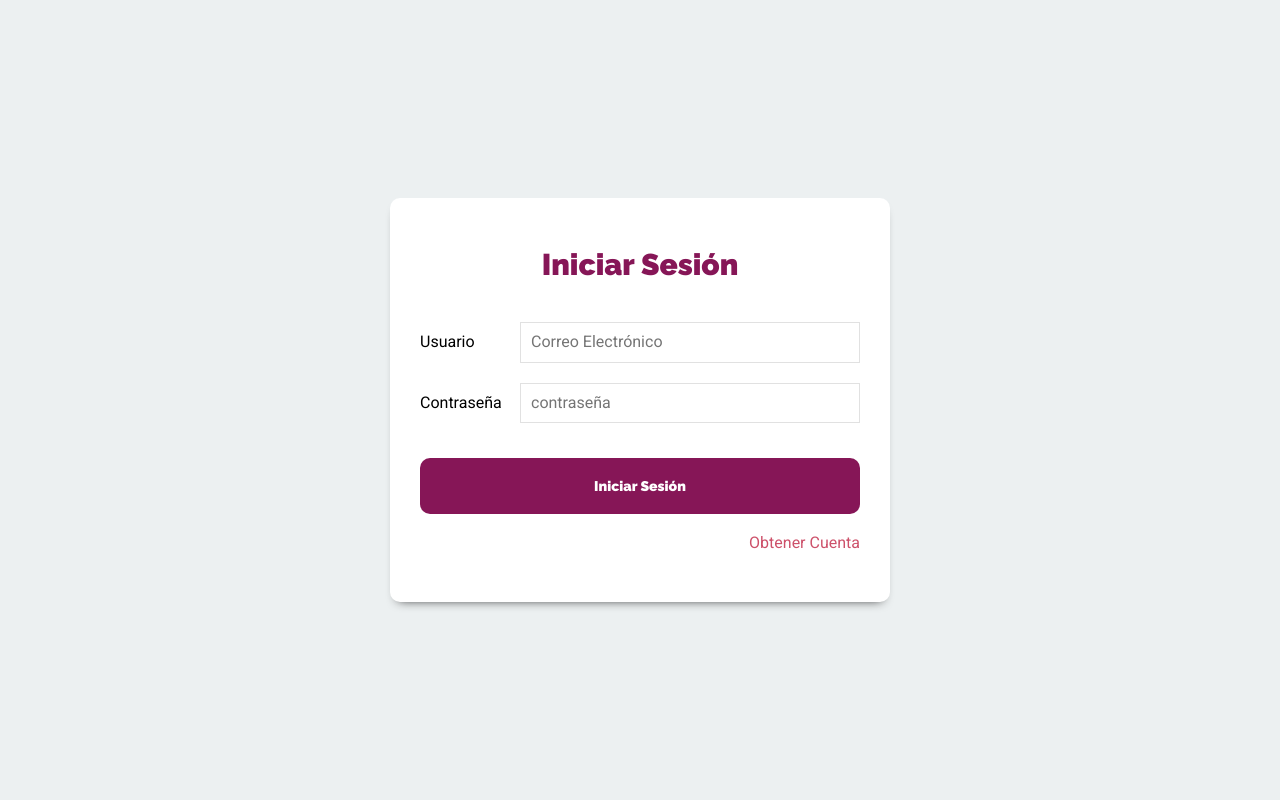
Repository: andrescovarrubias/admin-proyectos
Page: / (app in cliente/)
These files come from the project's save history. The page is drawn as it stood at one moment and after the next save; the edit follows.
The browser window is 1280 px wide. The pictures show the whole page.
The project was rebuilt for these pictures with package versions that can differ from the ones it lists, and the page was loaded fresh each time. Also part of the build but not shown: cliente/src/components/auth/NuevaCuenta.jsx, cliente/src/components/proyectos/NuevoProyecto.jsx, cliente/src/components/layout/SideBar.jsx, cliente/src/components/proyectos/Proyectos.jsx.

Above is the page before, as saved 2020-10-31 17:24:16.

### cliente/src/index.css
:root {
  --blanco: #ffffff;
  --blanco2: #fcf7ff;
  --blanco3: #ecf0f1;
  --azul1: #258ea6;
  --morado1: #4d376d;
  --morado2: #861657;
  --azul2: #1b065e;
  --azul3: #2e4052;
  --rojo: #d60d1e;
  --rojo2: #b8082c;
  --headingFont: "Raleway", sans-serif;
  --textFont: "Roboto", sans-serif;
}
*,
*:before,
*:after {
  box-sizing: inherit;
}
html {
  box-sizing: border-box;
  height: 100%;
  font-size: 62.5%;
}
body {
  min-height: 100%;
  background-color: #ecf0f1;
  font-size: 16px;
  font-size: 1.6rem;
  font-family: var(--textFont);
}

h1,
h2 {
  font-family: var(--headingFont);
  font-weight: 900;
  margin: 0 0 4rem 0;
  text-align: center;
  color: var(--rojo);
}
h1 span {
  font-weight: 400;
}
h1 {
  font-size: 3rem;
}
h2 {
  font-size: 2.4rem;
}
ul {
  list-style: none;
  padding: 0;
  margin: 0;
}
a {
  text-decoration: none;
  color: var(--gris2);
}

/** BOTONES **/
.btn {
  margin-top: 2vh;
  font-family: var(--headingFont);
  padding: 20px;
  font-size: 14px;
  font-weight: bold;
  border-radius: 10px;
  border: none;
  transition: background-color 0.3s ease;
}
.btn:hover {
  cursor: pointer;
}
.btn-primario {
  background-color: var(--morado2);
  color: var(--blanco);
}
.btn-primario:hover {
  background: rgb(185, 26, 47);
}
.btn-secundario {
  background-color: var(--rojo2);
}
.btn-block {
  display: block;
  width: 100%;
}
.btn-submit:hover {
  background-color: rgb(185, 26, 47);
}
.btn-blank {
  margin: 0;
  padding: 0;
  display: block;
  background-color: transparent;
}

@media (min-width: 768px) {
  .contenedor-app {
    display: flex;
    min-height: 100vh;
  }

  aside {
    background-color: var(--blanco);
    flex: 0 0 300px;
  }
  .seccion-principal {
    flex: 1;
  }
}

/* BARRA LATERAL */
aside {
  padding: 3rem;
}

.formulario-nuevo-proyecto {
  margin-top: 6rem;
}
.formulario-nuevo-proyecto .input-text {
  border-bottom: 1px solid var(--gris2);
  border-radius: 0;
  background-color: var(--gris1);
}
.formulario-nuevo-proyecto .input-text::placeholder {
  color: var(--gris2);
}
.proyectos {
  margin-top: 5vh;
}
.listado-proyectos li {
  margin-bottom: 2rem;
}
.listado-proyectos li a {
  font-size: 1.4rem;
  color: var(--gris2);
  line-height: 1.5;
  font-weight: 300;
}
.app-header {
  display: flex;
  justify-content: space-between;
  background-color: var(--gris2);
  padding: 4rem;
}
.nombre-usuario {
  color: var(--blanco);
  font-size: 2.2rem;
  margin: 0;
}
.nombre-usuario span {
  font-weight: 900;
}
.nav-principal a {
  color: var(--blanco);
  text-decoration: none;
}
.nav-principal a:first-of-type {
  margin-right: 2rem;
}

/** Formulario crear y editar tareas **/
.formulario {
  background-color: var(--gris3);
  padding: 4rem;
}
.formulario form {
  max-width: 600px;
  margin: 0 auto;
}
.contenedor-input {
  display: flex;
}
.contenedor-input label {
  margin-bottom: 1rem;
  color: var(--blanco);
}
.input-text {
  padding: 1rem;
  border: none;
  border-radius: 0.5rem;
  flex: 1;
  width: 100%;
}

/** TAREAS LISTADO **/
.contenedor-tareas {
  padding: 4rem;
}

.listado-tareas {
  max-width: 600px;
  margin: 0 auto;
}

.tarea {
  display: flex;
  justify-content: space-between;
  background-color: var(--blanco);
  padding: 0.5rem 2rem;
  align-items: center;
  margin-bottom: 1rem;
  border-radius: 0.5rem;
}
.sombra {
  -webkit-box-shadow: 0px 4px 10px -3px rgba(117, 117, 117, 1);
  -moz-box-shadow: 0px 4px 10px -3px rgba(117, 117, 117, 1);
  box-shadow: 0px 4px 10px -3px rgba(117, 117, 117, 1);
}
.sombra-dark {
  -webkit-box-shadow: 0px 6px 11px -8px rgba(0, 0, 0, 0.9);
  -moz-box-shadow: 0px 6px 11px -8px rgba(0, 0, 0, 0.9);
  box-shadow: 0px 6px 11px -8px rgba(0, 0, 0, 0.9);
}
.tarea .acciones .btn:first-of-type {
  margin-right: 1rem;
}
.tarea p {
  font-size: 1.6rem;
  flex: 1;
  padding-right: 2rem;
}
.tarea .btn {
  padding: 0.8rem;
  font-size: 1.4rem;
  border-radius: 0;
  margin: 0;
}

.estado {
  margin-right: 1rem;
}
.estado button,
.mensaje {
  font-weight: 900;
  font-family: var(--textFont);
  font-size: 1rem;
  padding: 0.5rem;
  border-radius: 0.5rem;
  cursor: pointer;
  border: none;
}
.mensaje {
  text-align: center;
  font-size: 1.6rem;
  border-radius: 0;
}
.mensaje:hover {
  cursor: default;
}
.completo,
.correcto {
  background-color: rgba(154, 252, 154, 0.3);
  color: var(--gris3);
}
.incompleto {
  background-color: rgba(255, 178, 178, 0.4);
  color: var(--gris3);
}
.error {
  max-width: 600px;
  margin: 2rem auto 0 auto;
  background-color: rgb(170, 0, 0);
  color: var(--blanco);
}

.tarea-enter,
.proyecto-enter {
  opacity: 0;
}
.tarea-enter-active,
.proyecto-enter-active {
  opacity: 1;
  transition: opacity 200ms;
}
.tarea-exit,
.proyecto-exit {
  opacity: 1;
}
.tarea-exit-active,
.proyecto-exit-active {
  opacity: 0;
  transition: opacity 200ms;
}

.form-usuario {
  height: 100vh;
  min-height: 800px;
  display: flex;
  align-items: center;
  justify-content: center;
}

.contenedor-form {
  padding: 5rem 3rem;
  max-width: 500px;
  width: 95%;
  background-color: var(--blanco);
  border-radius: 1rem;
}
.contenedor-form h1 {
  color: var(--morado2);
}

.campo-form {
  display: flex;
  margin-bottom: 2rem;
  align-items: center;
}
.campo-form:last-of-type {
  margin: 0;
}
.campo-form label {
  flex: 0 0 100px;
  font-family: var(--textFont);
}
.campo-form input[type="password"],
.campo-form input[type="email"],
.campo-form input[type="text"] {
  border: 1px solid #e1e1e1;
  padding: 1rem;
  flex: 1;
}

.enlace-cuenta {
  margin-top: 2rem;
  display: block;
  opacity: 0.7;
  float: right;
  color: var(--rojo2);
}
.enlace-cuenta:hover {
  text-decoration: underline var(--rojo);
}

.alerta {
  position: fixed;
  top: 0;
  left: 0;
  padding: 1rem 3rem;
  border-radius: 1rem;
  font-family: var(--headingFont);
  font-weight: 600;
  text-transform: uppercase;
  font-size: 2.2rem;
  text-align: center;
  width: 100%;
}
@media (min-width: 768px) {
  .alerta {
    width: auto;
    top: 30px;
    right: 10px;
    left: auto;
  }
}

.alerta-ok {
  background-color: rgb(109, 211, 109);
  color: rgb(2, 103, 2);
}
.alerta-error {
  background-color: rgb(230, 78, 78);
  color: var(--blanco);
}

### cliente/src/App.js
import React, {Fragment, useState, useEffect, useContext} from 'react';
import Login from './components/auth/Login';
import NuevaCuenta from './components/auth/NuevaCuenta';
import Proyectos from './components/proyectos/Proyectos';

import {BrowserRouter as Router, Switch, Route} from 'react-router-dom';


function App() {
  return (
    <Router>
      <Switch>
        <Route exact path='/' component = {Login} />
        <Route exact path='/nueva-cuenta' component = {NuevaCuenta} />
        <Route exact path='/proyectos' component = {Proyectos} />
      </Switch>
    </Router>
  );
}

export default App;

### cliente/src/components/auth/Login.jsx
import React, { useState } from 'react';
import {Link} from 'react-router-dom';


const Login = () => {

     // state para iniciar sesion
     const [usuario, guardarUsuario] = useState ({
          email:'',
          password:''
     });

     // extraer el usuario
     const {email, password} = usuario;

     const onChange = e => {
          guardarUsuario({
               ...usuario,
               [e.target.name] : e.target.value
          })
     }


     // cuando el usuario quiere iniciar sesion
     const onSubmit = e => {
          e.preventDefault();

          // validar que no haya campos vacios

          // contraseña minimo de 6 caracteres

          // contraseña iguales

          // pasarlo al action

     }

     return (
          <div className="form-usuario">
               <div className="contenedor-form sombra-dark">
                    <h1>Iniciar Sesión</h1>
                    <form
                         onSubmit = {onSubmit}
                    >
                         <div className="campo-form">
                              <label htmlFor="email">Usuario</label>
                              <input
                                   type="email"
                                   id="email"
                                   name="email"
                                   placeholder="Correo Electrónico"
                                   autocomplete="off"
                                   required
                                   value={email}
                                   onChange={onChange}
                              />
                         </div>
                         <div className="campo-form">
                              <label htmlFor="password">Contraseña</label>
                              <input
                                   type="password"
                                   id="password"
                                   name="password"
                                   placeholder="contraseña"
                                   autocomplete="off"
                                   value={password}
                                   required
                                   onChange={onChange}
                              />
                         </div>

                         <div className="campo-form">
                              <input type="submit" className=" btn btn-primario btn-block" value="Iniciar Sesión"/>
                         </div>
                    </form>
                    <Link to={'/nueva-cuenta'} className="enlace-cuenta">
                         Obtener Cuenta
                    </Link>
               </div>
          </div>
      );
}

export default Login;

Loaded but not shown: cliente/public/index.html (common file); cliente/src/index.js (common file); cliente/src/reportWebVitals.js (common file)

After the next save:
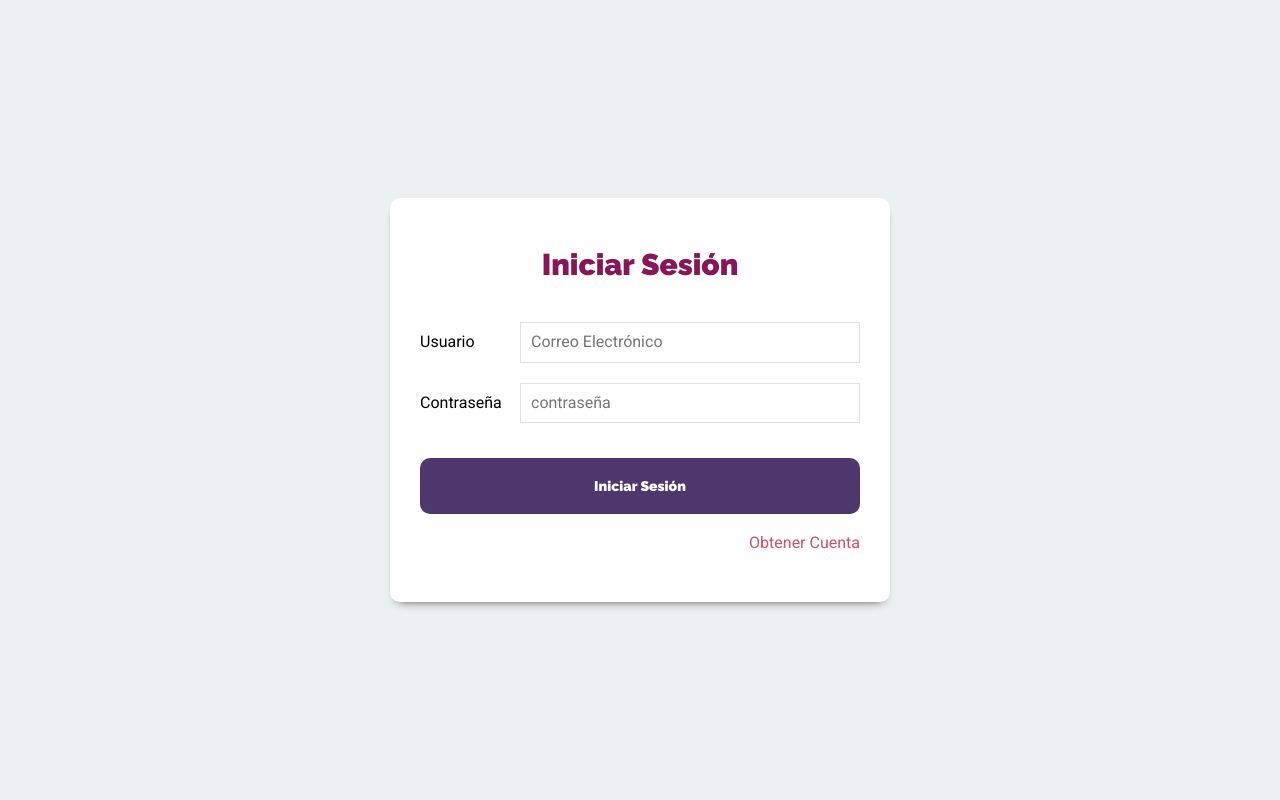
Saved 11 s later.
--- a/cliente/src/index.css
+++ b/cliente/src/index.css
@@ -72,7 +72,7 @@ a {
   cursor: pointer;
 }
 .btn-primario {
-  background-color: var(--morado2);
+  background-color: var(--morado1);
   color: var(--blanco);
 }
 .btn-primario:hover {
